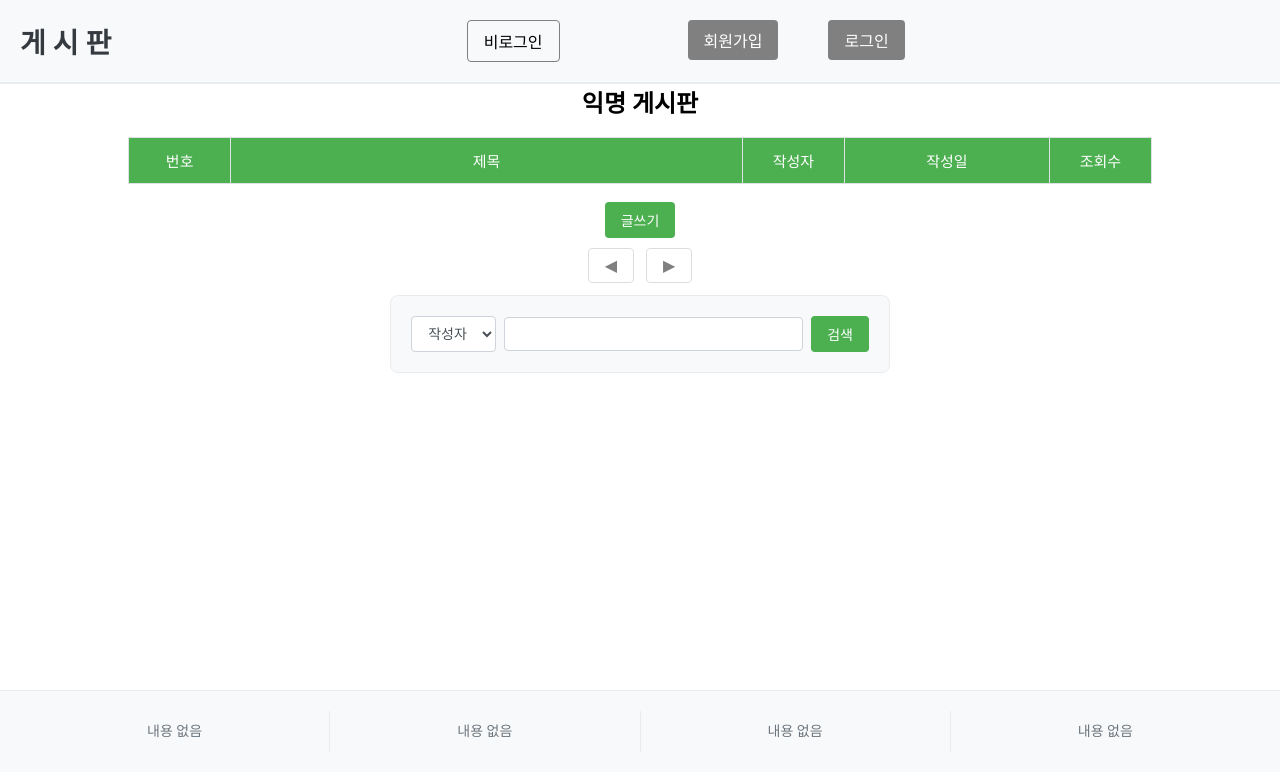
Repository: 1plus1equals3-true/Board-Project
Page: http://localhost/jsp/board/list_anonymity.jsp
These files come from the project's save history. The page is drawn as it stood at one moment and after the next save; the edit follows.
The browser window is 1280 px wide. The pictures show the whole page.
The page is served by Tomcat 9. Queries for data that is not in the repository find no rows.

Above is the page before, as saved 2025-09-23 00:14:31.

After the next save:
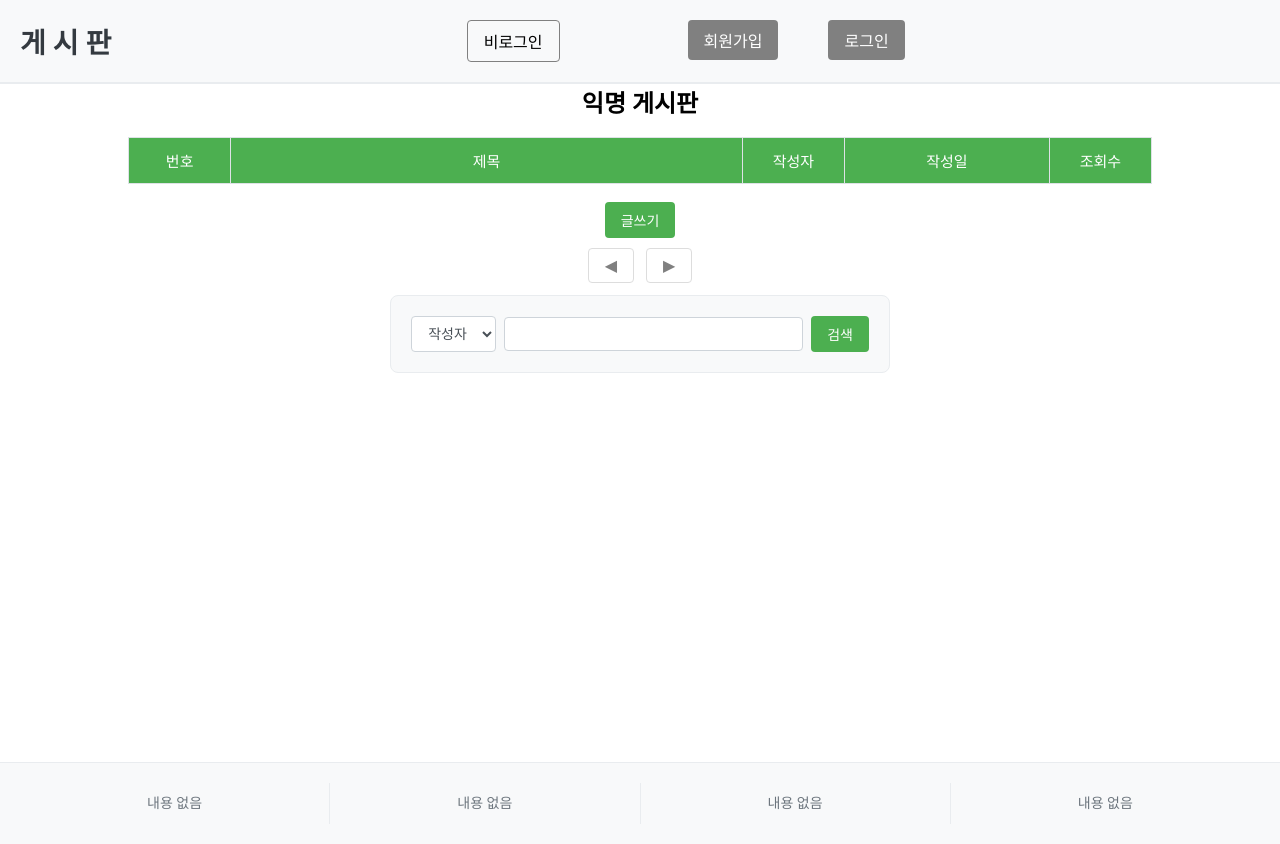
Saved 31 s later.
--- a/jsp/src/main/webapp/board/op_top.jsp
+++ b/jsp/src/main/webapp/board/op_top.jsp
@@ -42,7 +42,7 @@
 
 <style>
 .min-height {
-	min-height: 80vh;
+	min-height: 90vh;
 }
 *{
 	margin: 0 auto;

After the save that followed:
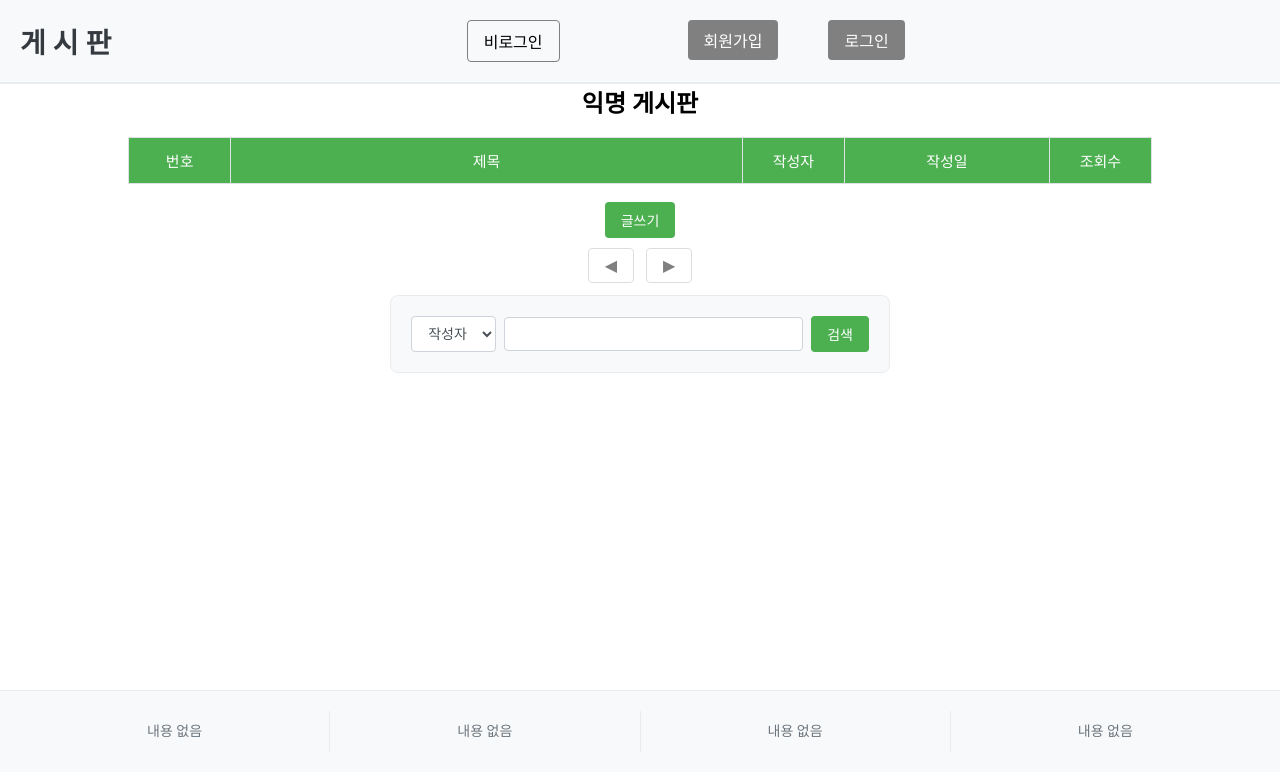
Saved 7 s later.
--- a/jsp/src/main/webapp/board/op_top.jsp
+++ b/jsp/src/main/webapp/board/op_top.jsp
@@ -42,7 +42,7 @@
 
 <style>
 .min-height {
-	min-height: 90vh;
+	min-height: 80vh;
 }
 *{
 	margin: 0 auto;
